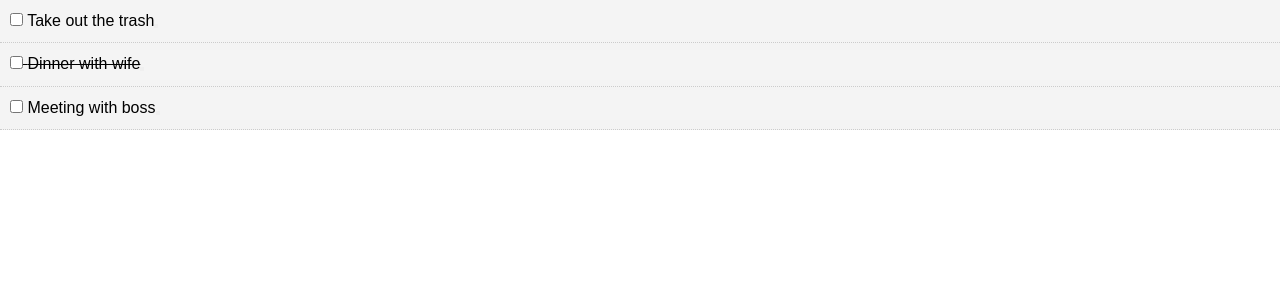
Repository: ChidiChuks/todo-list
Page: /
The author's editor kept a copy of each file at every save. The page is drawn from the files as they stood at one save, then again after a run of saves.
The browser window is 1280 px wide. The pictures show the whole page.
The project was rebuilt for these pictures with package versions that can differ from the ones it lists, and the page was loaded fresh each time.

Above is the page before, as saved 2019-10-21 14:09:19.

After the next 2 saves:
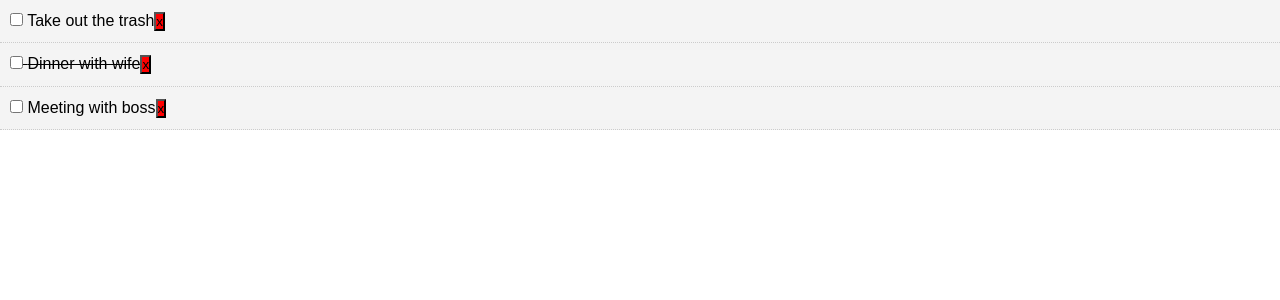
The 2 saves are shown as one change because 1 did not build or start.
The last was saved 73 s later.
--- a/src/components/TodoItem.js
+++ b/src/components/TodoItem.js
@@ -18,7 +18,7 @@ export class TodoItem extends Component {
         <p>
           <input type="checkbox" onChange={this.props.markComplete.bind(this, id)}/> { ' ' }
           { title }
-          <button></button>
+          <button style={btnStyle}>x</button>
         </p>
       </div>
     )
@@ -30,4 +30,8 @@ TodoItem.propTypes = {
   todo: PropTypes.object.isRequired
 }
 
+const btnStyle = {
+  background: '#ff0000'
+}
+
 export default TodoItem
